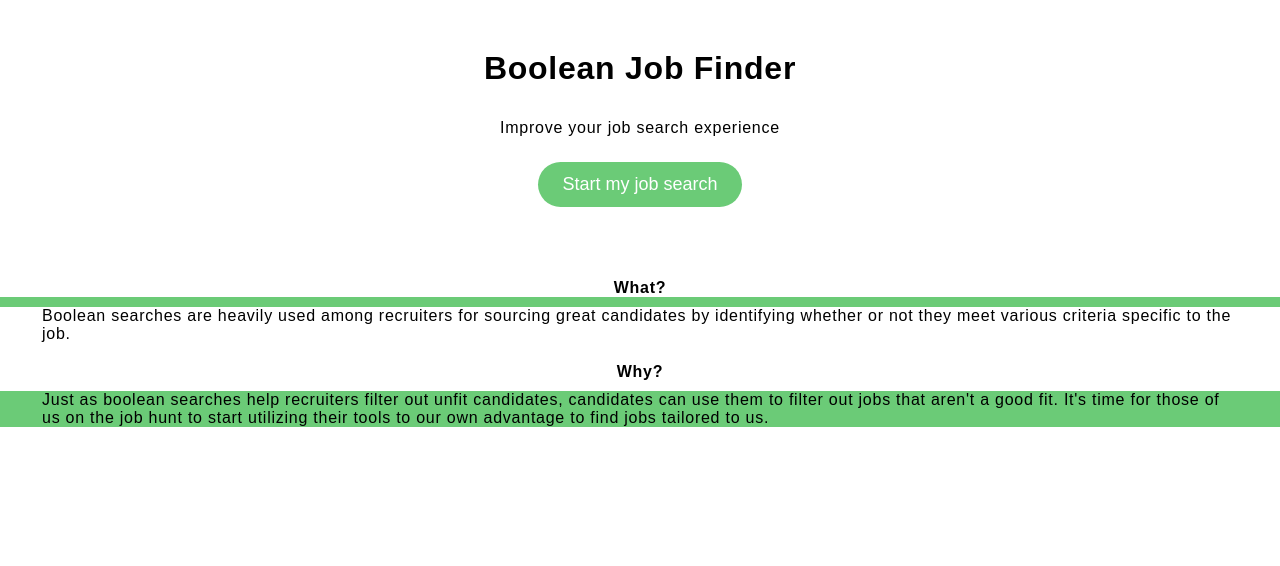
Repository: Rthompson2548/boolean-job-searcher
Page: /
An editor plug-in stored every save of this project. The page is shown before and after the next save, followed by the edit.
The browser window is 1280 px wide. The pictures show the whole page.
The project was rebuilt for these pictures with package versions that can differ from the ones it lists, and the page was loaded fresh each time.

Above is the page before, as saved 2022-04-05 14:07:58.

### public/index.html
<!DOCTYPE html>
<html lang="en">
  <head>
    <meta charset="utf-8" />
    <link rel="icon" href="%PUBLIC_URL%/favicon.ico" />
    <meta name="viewport" content="width=device-width, initial-scale=1" />
    <meta name="theme-color" content="#000000" />
    <meta
      name="description"
      content="Web site created using create-react-app"
    />
    <link rel="preconnect" href="https://fonts.googleapis.com">
    <link rel="preconnect" href="https://fonts.gstatic.com" crossorigin>
    <link href="https://fonts.googleapis.com/css2?family=Inconsolata&family=League+Spartan&display=swap" rel="stylesheet">

    <title>React App</title>
  </head>
  <body>
    <noscript>You need to enable JavaScript to run this app.</noscript>
    <div id="root"></div>
    <!--
      This HTML file is a template.
      If you open it directly in the browser, you will see an empty page.

      You can add webfonts, meta tags, or analytics to this file.
      The build step will place the bundled scripts into the <body> tag.

      To begin the development, run `npm start` or `yarn start`.
      To create a production bundle, use `npm run build` or `yarn build`.
    -->
  </body>
</html>

### src/App.js
import "./styles.css";
// import { CopyToClipboard } from "react-copy-to-clipboard";
import React, { useState, useEffect, useRef } from "react";



export default function App() {
  let searchCategories = [
    "Experience",
    "Location",
    "Tech Stack",
    "Title",
    "Technologies",
    "Company"
  ];

let defaultCategories = [
  {
    id: 1,
    name: "Experience",
    placeholders: ["Junior", "Entry", "Grad", "Student"]
  },
  {
    id: 2,
    name: "Location",
    placeholders: ["Junior", "Entry", "Grad", "Student"]
  },
  {
    id: 3,
    name: "End",
    placeholders: ["Junior", "Entry", "Grad", "Student"]
  },
  {
    id: 4,
    name: "Title",
    placeholders: ["Junior", "Entry", "Grad", "Student"]
  },
  {
    id: 5,
    name: "Technologies",
    placeholders: ["Junior", "Entry", "Grad", "Student"]
  },
  {
    id: 6,
    name: "Company Name",
    placeholders: ["Junior", "Entry", "Grad", "Student"]
  }
];


const [copyString, setCopyString] = useState("");
const [addCategory, setAddCategory] = useState(false);
const [addCategoryBtnText, setAddCategoryBtnText] = useState(
"Start my job search"
)
const [category, setCategory] = useState("");
const [categoryChosen, setCategoryChosen] = useState(false);
const [categoryOptions, setCategoryOptions] = useState(false);
const [showCategoryForm, setShowCategoryForm] = useState(false);
const [showNewCategoryButton, setShowNewCategoryButton] = useState(true);
const [showName, setShowName] = useState(false);
const [showForm, setShowForm] = useState(false);
const [showAddWordBtn, setShowAddWordBtn] = useState(false)
const [word, setWord] = useState("");
const [list, setList] = useState([]);
const [show, setShow] = useState(false);
const [finishBtn, setFinishBtn] = useState(false);
const [finished, setFinished] = useState(false);
const [result, setResult] = useState([]);
const [doneWarning, setDoneWarning] = useState(false);
const [goodbyeMessage, setGoodbyeMessage] = useState(false);


const handleNewCategory = () => {
  setCategory("");
  setAddCategoryBtnText("Add a category");
  setShowNewCategoryButton(false);
  setFinishBtn(false);
  setCategoryOptions(true);
  setCategoryChosen(false);
};



const handleCustomCategory = () => {
  setShowCategoryForm(true);
  setCategoryOptions(false);
};


const handleCategoryNameChange = event => {
  setCategory(event.target.value);
};

const submitCategory = () => {
  setAddCategory(false);
  setShowName(true);
  setShowNewCategoryButton(false);
  setShowAddWordBtn(true);
  setShowForm(true);
  setShowCategoryForm(false);
};


const handleAddWord = () => {
  setShowForm(true);
  setCategoryOptions(false);
  setCategoryChosen(true);
};


const handleCategoryClick = event => {
  setCategory(event.target.value);
  setCategoryChosen(true);
};


const handleWordChange = event => {
  setWord(event.target.value);
};


  const [noLetters, setNoLetters] = useState(false);

  const submitAsteriskWord = () => {
    if (word.length <= 1) {
      setNoLetters(true);
    } else {
      setList((prevList) => [...prevList, `"${word}*"`]);
      setWord("");
      setShow(true);
      console.log(word);
    }
  };

  const submitWord = () => {
    if (word.length <= 1) {
      setNoLetters(true);
    } else {
      setList((prevList) => [...prevList, `"${word}"`]);
      setWord("");
      setShow(true);
      console.log(word);
    }
  };

  useEffect(() => {
    setCategory(category);
  }, [category]);

  let booleanString = `(${list.join(" OR ")})`;

  const handleSubmitCategoryWords = () => {
    setShowNewCategoryButton(true);
    setShow(false);
    setShowName(false);
    setShowForm(false);
    setFinishBtn(true);
    setResult((previousResult) => [...previousResult, booleanString]);
    console.log(result.join(" AND "));
    console.log(`list: ${list}`);
    setList([]);
    console.log(`list: ${list}`);
    setCopyString(result.join(" AND "));
  };

  const handleGenerateString = () => {
    setFinished(true);
    setFinishBtn(false);
    setShowNewCategoryButton(false);
    setDoneWarning(false);
    // setGoodbyeMessage(true);
  };

const handleDone = () => {
  setDoneWarning(true);
  setFinished(false);
};


const handleConfirmFinished = () => {
  setDoneWarning(false);
  setGoodbyeMessage(true);
  setShow(false);
  setFinished(false);
};



  return (
    <div className="App">
      <div className="header">
        <h1 className="app-title">Boolean Job Finder</h1>
        <p>Improve your job search experience</p>
        <button className="start-btn" onClick={handleNewCategory}>
          {addCategoryBtnText}
        </button>

      </div>
      <div>
    </div>


      {categoryOptions === true && (
        <div>
          <div>
<p className="pick-a-category-txt">Click a category below to start</p>


            {/* iterates through array of category names and returns a button for each */}
            <div className="category-btns">
              {searchCategories.map((value, i) => (
                <button
                  id="category-btn"
                  className="category-btn"
                  key={i}
                  value={searchCategories[i]}
                  onClick={handleCategoryClick}
                >
                  {value}
                </button>
              ))}

            </div>

{
  categoryChosen === true && (
    <button className="continue-btn" onClick={handleAddWord}>
      Continue
    </button>
  )
}
          </div>
        </div>
      )}

{
  showCategoryForm === true && (
    <div>
      <label>Enter a custom category name</label>
      <input
        placeholder="Enter category name"
        onChange={handleCategoryNameChange}
        value={category}
      />

<button onClick={submitCategory}>Submit</button>;

    </div>
  )
}

      {showForm === true && (
        <div className="keyword-form">
          <h1>{category}</h1>

          <div className="keyword-form-info">
            <div>
              <label>Enter 1 or more keywords</label>
            </div>
            <input
              placeholder="Enter two or more letters..."
              value={word}
              onChange={handleWordChange}
            />
          </div>

          <div className="keyword-btns">
            <button onClick={submitWord}>Include exact keyword</button>
            <button onClick={submitAsteriskWord}>
              Include similar keywords
            </button>

          </div>


        </div>
      )}

      {show === true && (
        <div className="keyword-string">
          <h4>{booleanString}</h4>
        </div>
      )}

      {showForm === true && (
        <div>
          <button className="continue-btn" onClick={handleSubmitCategoryWords}>
            Continue
          </button>
        </div>
      )}

      {showNewCategoryButton === true && (
        <div>
          <div className="what-why">
            <div className = "what-why-info">
              <h4>What?</h4>
              <p>
                Boolean searches are heavily used among recruiters for sourcing great
                candidates by identifying whether or not they meet various criteria specific
                to the job.
              </p>
            </div>
            <div>
              <h4>Why?</h4>
              <p className="what-why-info">
                Just as boolean searches help recruiters filter out unfit candidates, candidates can use them to filter out jobs that aren't a good fit. It's time for those of us on the job hunt to start utilizing their tools to our own advantage to find jobs tailored to us.
              </p>
            </div>
          </div>


        </div>
      )}


      {finishBtn === true && (
        <div>
          <button className="done-btn" onClick={handleGenerateString}>
            Submit
          </button>
        </div>
      )}

      {finished === true && (
        <div className="boolean-string">
          <p value={copyString}>{result.join(" AND ")}</p>
          <button className="done-btn" onClick={handleDone}>
            Done
          </button>
        </div>
      )}

      {doneWarning === true && (
        <div className="boolean-string">
          <p>Are you sure? This cannot be undone</p>
          <button className="done-btn" onClick={handleConfirmFinished}>
            Yes, I am done
          </button>
        </div>
      )}

      {goodbyeMessage === true && (
        <div className="goodye-msg boolean-string">
<p>Goodbye!</p>;

          <button
            className="start-btn"
            onClick={() => window.location.reload(false)}
          >
            Home
          </button>
        </div>
      )}
    </div>
  );
}

### src/styles.css
* {
  margin: 0;
  padding: 0;
  background-color: #fff;
  color: #000;
  /* padding: 18px 0; */
}

.App {
  font-family: sans-serif;
  text-align: center;
  letter-spacing: 0.75px;
}

.header {
  line-height: 2rem;
  letter-spacing: 0.75px;
  padding: 52px 0;
}

img {
  width: 250px;
  height: auto;
}

button {
  /* width: 300px; */
  border-radius: 25px;
  background-color: #fff;
  color: #000;
  border: none;
  margin: 18px 0 0 0;
  font-size: 18px;
}

.app-title {
  margin-bottom: 28px;
  font-size: 32px;
}

h3 {
  font-size: 22px;
}


.what-why p {
  text-align: left !important;
  padding: 0 42px;
}

.what-why h4 {
  margin: 20px 0 10px 0;
}

.what-why-info {
  background-color: #6bcb77;
}

.start-btn {
  background-color: #6bcb77 !important;
  color: #fff;
  font-size: 18px;
  vertical-align: middle;
  padding: 12px 24px;
}

.pick-a-category-txt {
  font-size: 18px;
  margin-bottom: 12px;
}

input {
  background-color: #fff;
  font-size: 18px;
  color: #000;
  width: 260px;
  border: 1.5px solid black;
  border-radius: 25px;
}

label {
  font-size: 20px;
}

.category-btns {
  /* center the element */
  right: 0;
  left: 0;
  margin-right: auto;
  margin-left: auto;
  display: flex;
  flex-direction: column;
  align-items: center;
}

.category-btns button {
  background-color: #ff6b6b;
  color: #fff;
  padding: 12px 42px;
  width: 300px;
}

.category-buttons button:active,
button:focus {
  /* color: #fff !important;
  background-color: #FFD93D !important; */
}

.category-buttons button:visited:after {
  color: #fff !important;
  background-color: #000 !important;
}

.continue-btn {
  background-color: #4d96ff;
  color: #fff;
}

.keyword-form-info {
  margin-top: 24px;
}

.keyword-form-info input {
  padding: 10px 24px 10px 10px;
  margin-top: 16px;
}

.keyword-btns {
  display: flex;
  flex-direction: column;
  align-items: center;
  margin: 10px 0 24px 0;
}

.keyword-btns button {
  background-color: #ff6b6b;
  color: #fff;
  font-size: 18px;
}

.keyword-string {
  padding: 20px;
  font-size: 20px;
  line-height: 2rem;
}

.goodye-msg {
  /* padding-top: 25%; */
  font-size: 42px !important;
}

.goodye-msg button {
  /* background-color: #4D96FF !important; */
  /* vertical-align: middle !important; */
}

.boolean-string {
  font-size: 32px;
  font-weight: bold;
  padding-top: 10%;
}


.boolean-string button {
  background-color: #fa58bc;
  color: #fff;
}

.done-btn {
  background-color: #4d96ff !important;
  color: #fff;
  font-size: 22px;
  vertical-align: middle;
  width: 400px;
  padding: 20px 0;
  margin-top: 36px;
}

.home-btn {
  background-color: #6bcb77 !important;
}

Loaded but not shown: src/index.js (common file); src/index.css (no stored copy; drawn as an empty file)

After the next save:
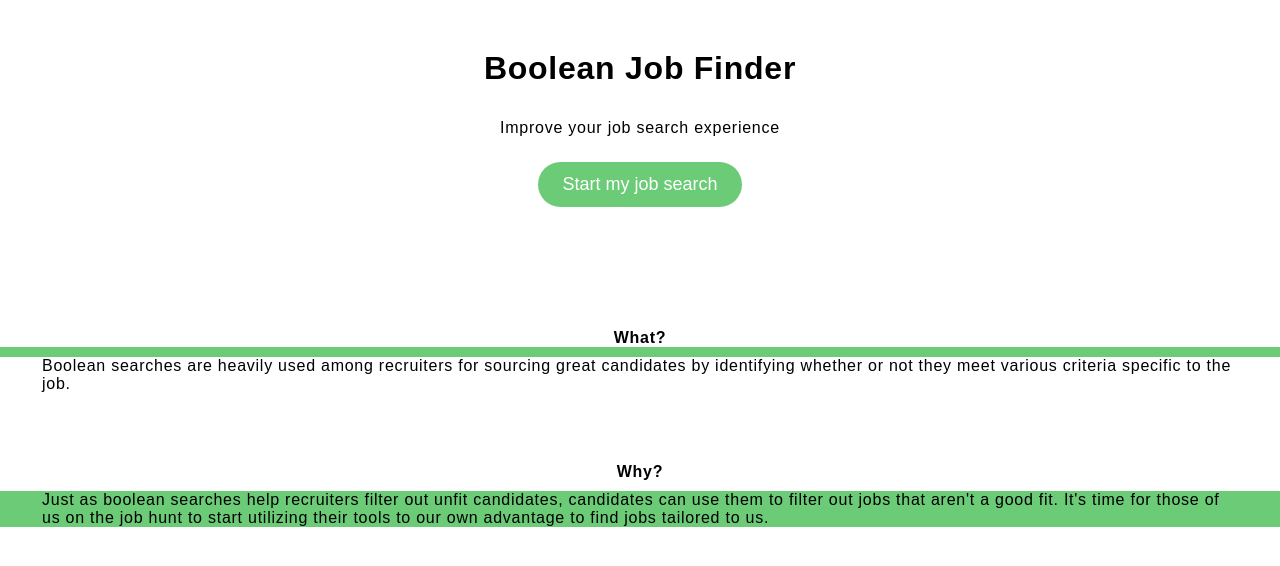
Saved 8 s later.
--- a/src/styles.css
+++ b/src/styles.css
@@ -49,7 +49,7 @@
 }
 
 .what-why h4 {
-  margin: 20px 0 10px 0;
+  margin: 70px 0 10px 0;
 }
 
 .what-why-info {

After the save that followed:
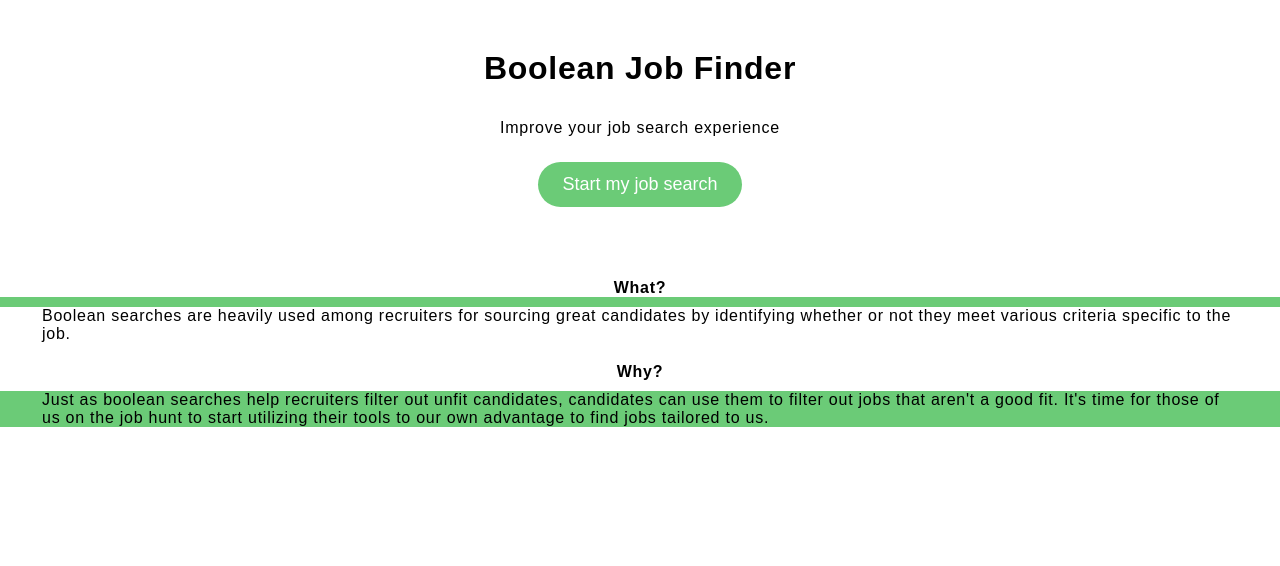
Saved 4 s later.
--- a/src/styles.css
+++ b/src/styles.css
@@ -49,7 +49,7 @@
 }
 
 .what-why h4 {
-  margin: 70px 0 10px 0;
+  margin: 20px 0 10px 0;
 }
 
 .what-why-info {
